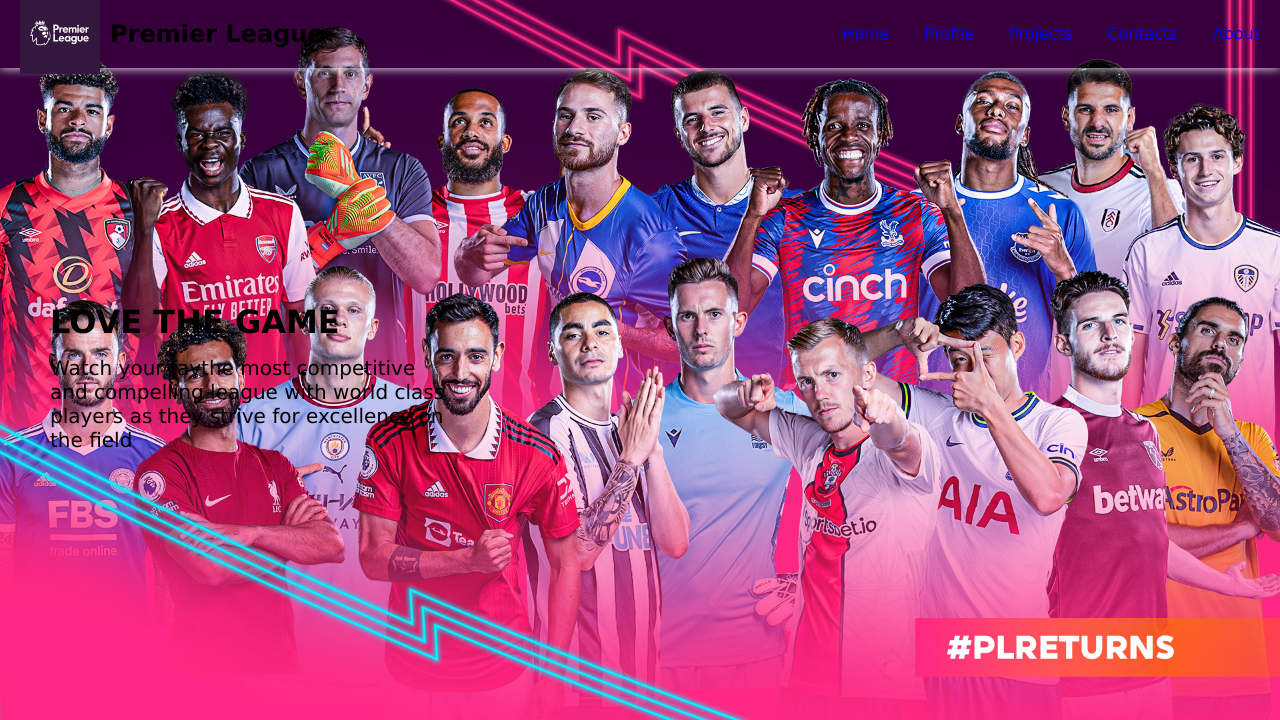
Repository: ogaziesam/simple-landing-page
Page: index.html
An editor plug-in stored every save of this project. The page is shown before and after a run of saves, followed by the edit.
The browser window is 1280 px wide. The pictures show the whole page.

Above is the page before, as saved 2023-08-12 08:23:08.

After the next 2 saves:
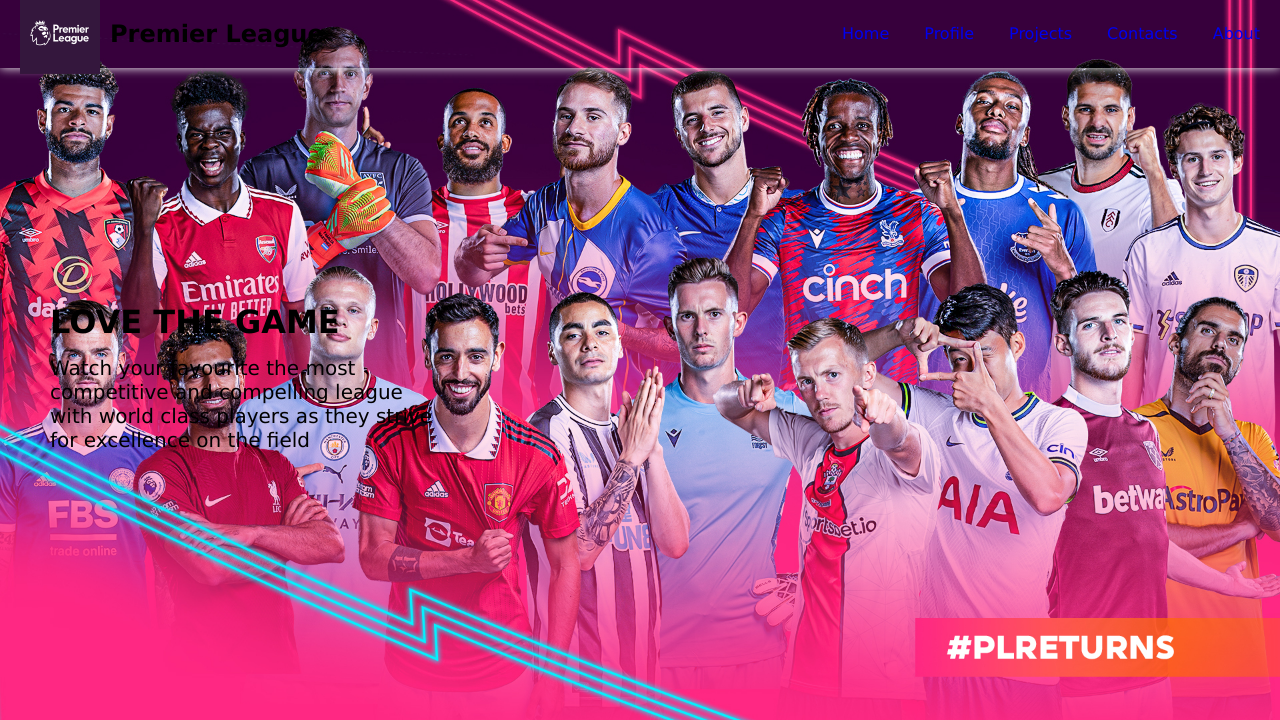
The 2 saves are shown as one change because they came seconds apart.
The last was saved 8 s later.
--- a/index.html
+++ b/index.html
@@ -25,7 +25,7 @@
         <div class="content">
             <h1>LOVE THE GAME</h1>
             <p class="description">
-                Watch your favthe most competitive and compelling league with world class players as they strive for excellence on the field
+                Watch your favourite the most competitive and compelling league with world class players as they strive for excellence on the field
             </p>
         </div>
     </main>
